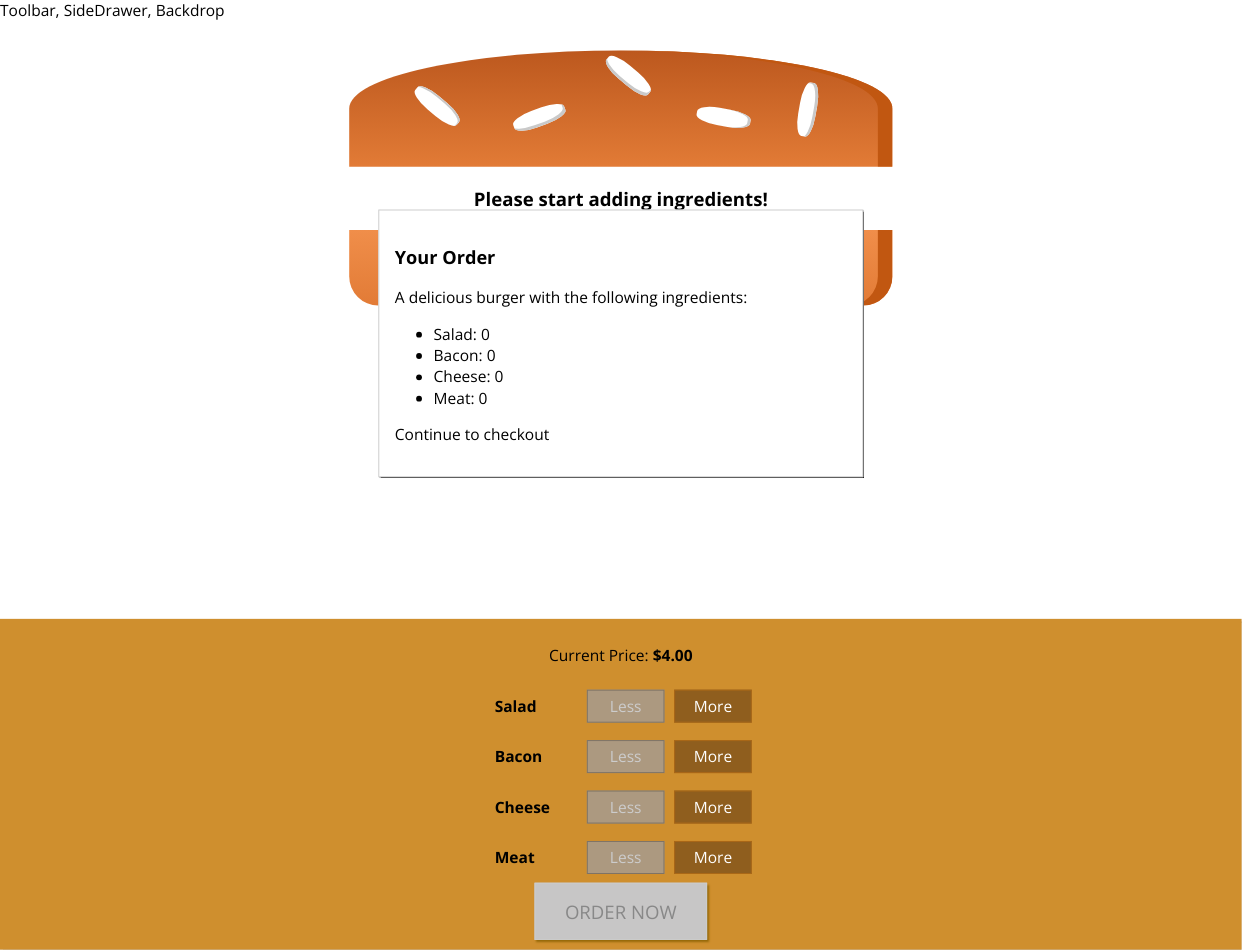
Repository: AbdulMutaal/Burger-Builder
Page: /
These files come from the project's save history. The page is drawn as it stood at one moment and after the next save; the edit follows.
The browser window is 1280 px wide. The pictures show the whole page, at 97% of full size.
The project was rebuilt for these pictures with package versions that can differ from the ones it lists, and the page was loaded fresh each time.

Above is the page before, as saved 2021-12-08 09:17:30.

After the next save:
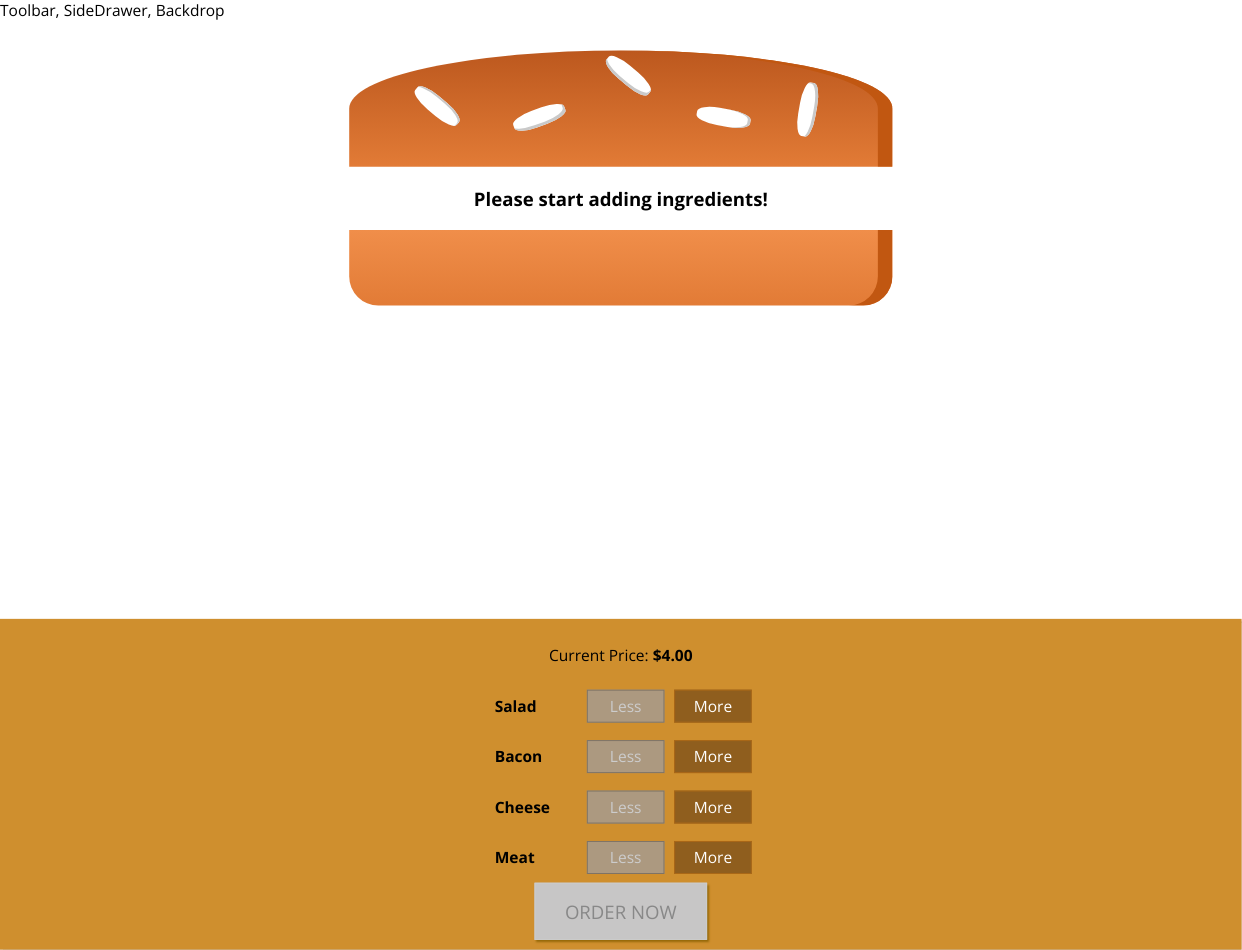
Saved 89 s later.
--- a/src/components/UI/Modal/Modal.js
+++ b/src/components/UI/Modal/Modal.js
@@ -3,7 +3,12 @@ import React from 'react';
 import classes from './Modal.module.css';
 
 const modal = (props) => (
-    <div className={classes.Modal}>
+    <div
+        className={classes.Modal}
+        style={{
+            transform: props.show ? 'translateY(0)' : 'translateY(-100vh)',
+            opacity: props.show ? '1' : '0'
+        }}>
         {props.children}
     </div>
 );
